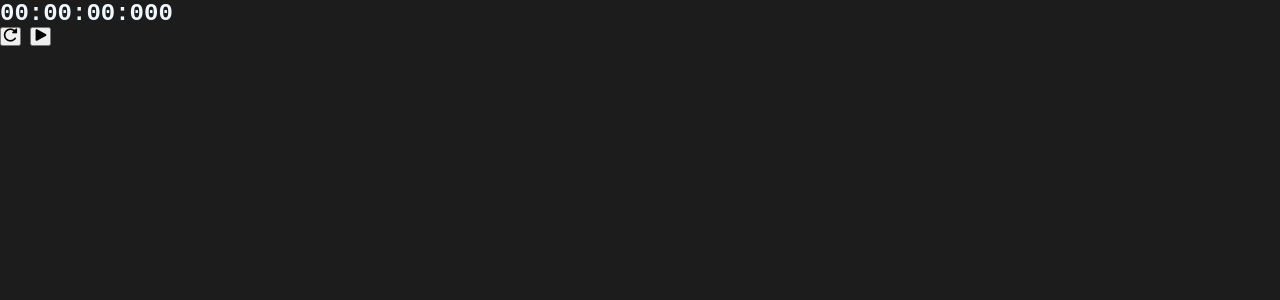
Repository: ValdemarCaculo/TEMPORIZADOR
Page: index.html
The author's editor kept a copy of each file at every save. The page is drawn from the files as they stood at one save, then again after a run of saves.
The browser window is 1280 px wide. The pictures show the whole page.
Some web libraries are served in a nearby version.

Above is the page before, as saved 2025-12-06 14:14:08.

### index.html
<!DOCTYPE html>
<html lang="en">

<head>
    <meta charset="UTF-8">
    <meta name="viewport" content="width=device-width, initial-scale=1.0">
    <link rel="stylesheet" href="/CSS/style.css">
    <link rel="stylesheet" href="https://cdnjs.cloudflare.com/ajax/libs/font-awesome/7.0.1/css/all.min.css" integrity="sha512-2SwdPD6INVrV/lHTZbO2nodKhrnDdJK9/kg2XD1r9uGqPo1cUbujc+IYdlYdEErWNu69gVcYgdxlmVmzTWnetw==" crossorigin="anonymous" referrerpolicy="no-referrer" />
    <title>Temporizador</title>
</head>

<body>
    <div class="contador">

        <h2 id="time">00:00:00:000</h2>
    </div>

    <div class="content">

        <button id="reset">
            <i class="fa-solid fa-rotate-right"></i>
        </button>
        <button id="inicio" action="start"><i class="fa-solid fa-play"></i></button>

    </div>

</body>

</html>

### CSS/style.css
*{
    margin: 0;
    padding: 0;
    box-sizing: border-box;
    font-family: 'Courier New', Courier, monospace;
}
body{

    background-color: #1c1c1c;
    color: aliceblue;
}

After the next 3 saves:
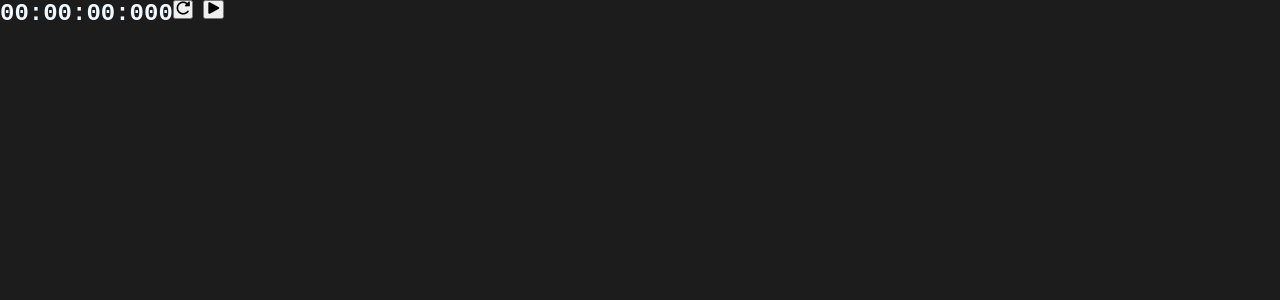
The 3 saves are shown as one change because they came seconds apart.
The last was saved 10 s later.
--- a/CSS/style.css
+++ b/CSS/style.css
@@ -5,7 +5,7 @@
     font-family: 'Courier New', Courier, monospace;
 }
 body{
-
+display: flex;
     background-color: #1c1c1c;
     color: aliceblue;
 }

After the 4 saves that followed:
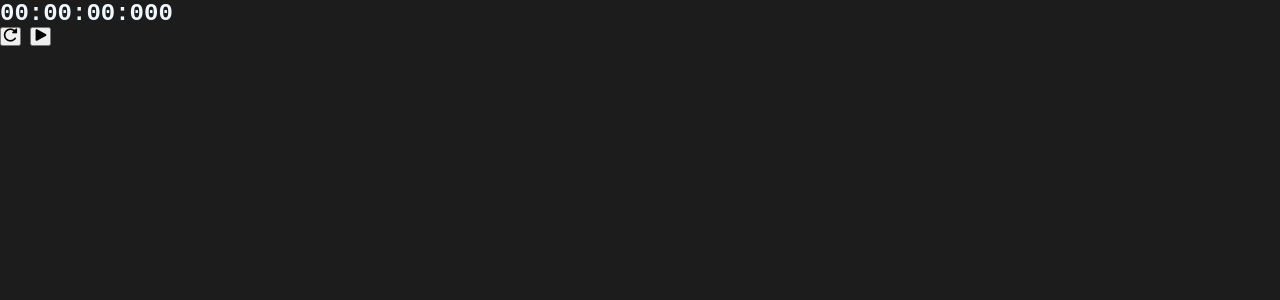
The 4 saves are shown as one change because 2 left the picture as it was and some came seconds apart.
The last was saved 17 s later.
--- a/CSS/style.css
+++ b/CSS/style.css
@@ -1,11 +1,13 @@
-*{
+* {
     margin: 0;
     padding: 0;
     box-sizing: border-box;
     font-family: 'Courier New', Courier, monospace;
 }
-body{
-display: flex;
+
+body {
+    display: flex;
+    flex-direction: column;
     background-color: #1c1c1c;
     color: aliceblue;
 }
